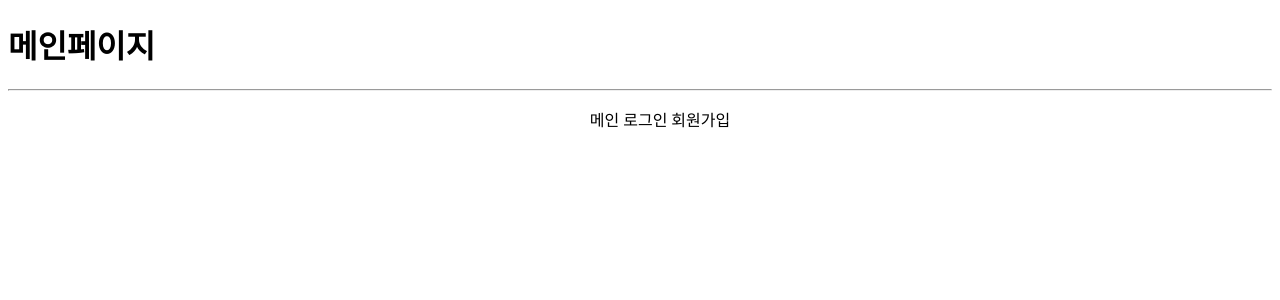
Repository: codingspecialist/jsp-weekend
Page: http://localhost/cos/main.jsp
These files come from the project's save history. The page is drawn as it stood at one moment and after the next save; the edit follows.
The browser window is 1280 px wide. The pictures show the whole page.
The page is served by Tomcat 9. Other server files are loaded and not shown.

Above is the page before, as saved 2020-08-22 02:36:34.

### cos/WebContent/main.jsp
<%@ page language="java" contentType="text/html; charset=UTF-8"
    pageEncoding="UTF-8"%>
<!DOCTYPE html>
<html>
<head>
<meta charset="UTF-8">
<title>메인페이지</title>
<style>
	ul {
		text-align: center;
	}

	li {
		display: inline-block;
	}
</style>
</head>
<body>
<h1>메인페이지</h1>
<hr/>
<ul>
	<li>메인</li>
	<li>로그인</li>
	<li>회원가입</li>
</ul>
</body>
</html>

After the next save:
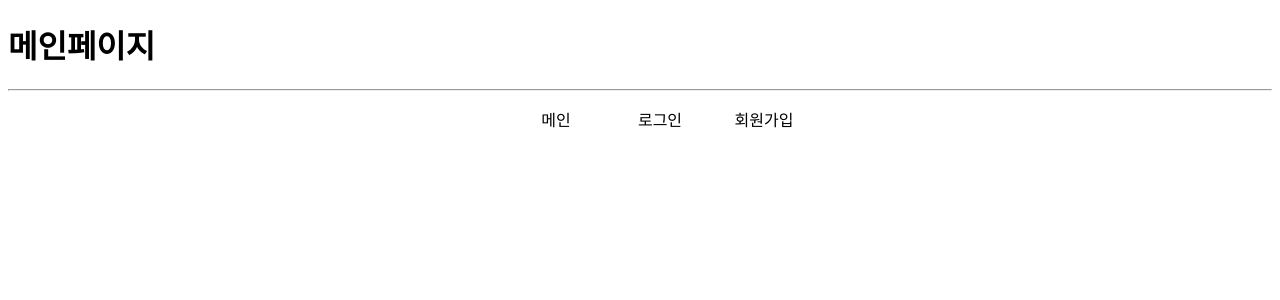
Saved 63 s later.
--- a/cos/WebContent/main.jsp
+++ b/cos/WebContent/main.jsp
@@ -12,6 +12,7 @@
 
 	li {
 		display: inline-block;
+		width: 100px;
 	}
 </style>
 </head>
